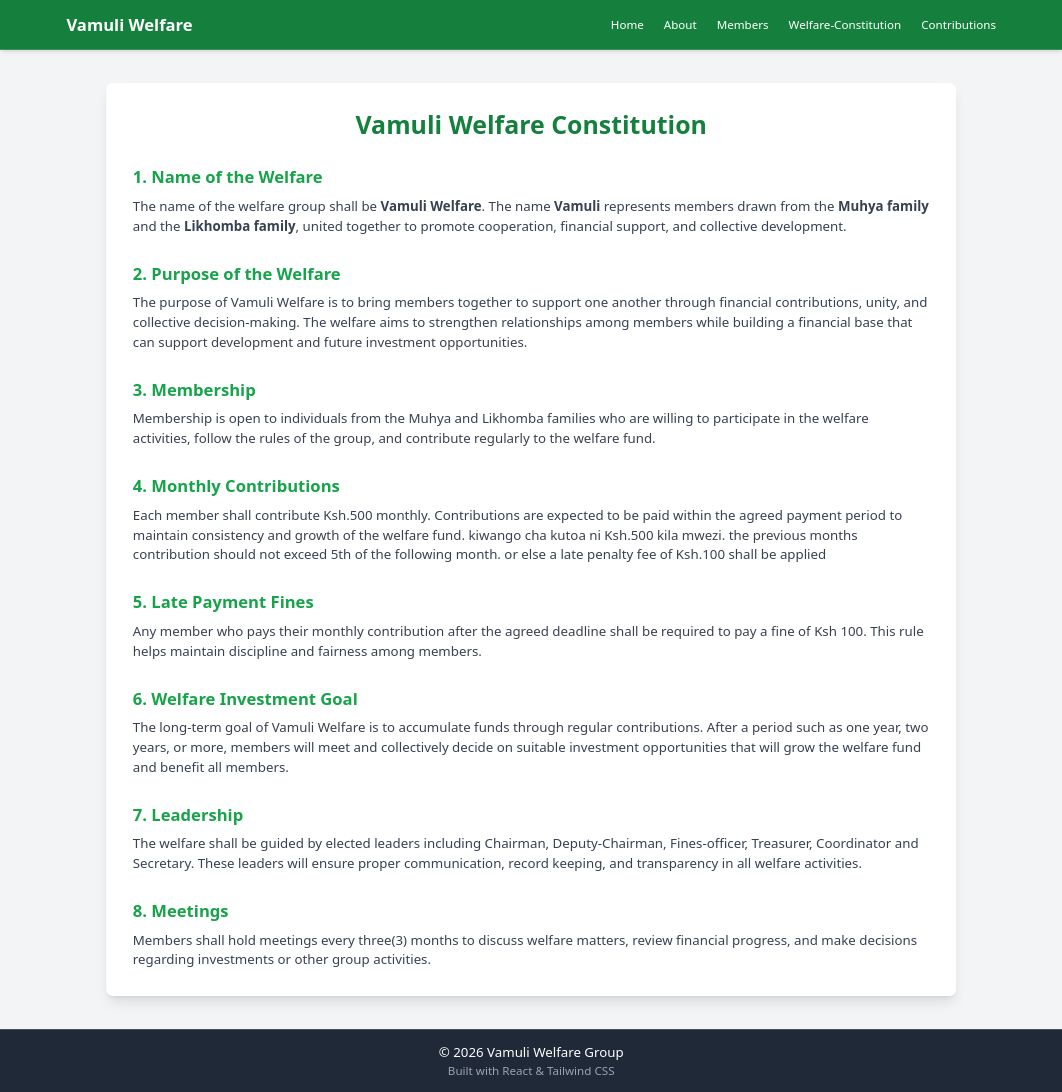
Repository: Engineer-collo/Vamuli-welfare
Page: /constitution
These files come from the project's save history. The page is drawn as it stood at one moment and after a run of saves; the edit follows.
The browser window is 1280 px wide. The pictures show the whole page, at 83% of full size.
The project was rebuilt for these pictures with package versions that can differ from the ones it lists, and the page was loaded fresh each time. Also part of the build but not shown: vite.config.js, src/pages/contributionsData.js, src/pages/Home.jsx, src/pages/Members.jsx, src/pages/ContributionsTable.jsx, src/pages/About.jsx.

Above is the page before, as saved 2026-03-16 15:29:03.

### index.html
<!doctype html>
<html lang="en">
  <head>
    <meta charset="UTF-8" />
    <link rel="icon" type="image/svg+xml" href="/favicon.svg" />
    <meta name="viewport" content="width=device-width, initial-scale=1.0" />
    <title>vamuli-welfare</title>
  </head>
  <body>
    <div id="root"></div>
    <script type="module" src="/src/main.jsx"></script>
  </body>
</html>

### src/App.jsx
import { BrowserRouter as Router, Routes, Route } from "react-router-dom";

import Navbar from "./components/Navbar";
import Footer from "./components/Footer";

import Home from "./pages/Home";
import Members from "./pages/Members";
import ContributionsTable from "./pages/ContributionsTable";
import WelfareConstituion from "./pages/WelfareConstituion";
import About from "./pages/About";

function App() {
  return (
    <Router>
      <div className="bg-gray-100 min-h-screen">

        <Navbar />

        <Routes>
          <Route path="/" element={<Home />} />
          <Route path="/members" element={<Members />} />
          <Route path="/contributions" element={<ContributionsTable />} />
          <Route path="/about" element={<About />} />
          <Route path="/constitution" element={<WelfareConstituion/>} />

        </Routes>

        <Footer />

      </div>
    </Router>
  );
}

export default App;

### src/components/Navbar.jsx
import { Link } from "react-router-dom";

function Navbar() {
  return (
    <nav className="bg-green-700 text-white shadow-md">
      <div className="max-w-6xl mx-auto flex justify-between items-center p-4">

        <h1 className="text-xl font-bold">
          <Link to="/">Vamuli Welfare</Link>
        </h1>

        <ul className="flex gap-6 text-sm">
          <li>
            <Link to="/" className="hover:text-gray-200">Home</Link>
          </li>

          <li>
            <Link to="/about" className="hover:text-gray-200">About</Link>
          </li>

          <li>
            <Link to="/members" className="hover:text-gray-200">Members</Link>
          </li>

          <li>
            <Link to="/constitution" className="hover:text-gray-200">Welfare-Constitution</Link>
          </li>


          <li>
            <Link to="/contributions" className="hover:text-gray-200">Contributions</Link>
          </li>



        </ul>

      </div>
    </nav>
  );
}

export default Navbar;

### src/components/Footer.jsx
import React from "react";

function Footer() {
  return (
    <footer className="bg-gray-800 text-white mt-10">
      <div className="max-w-6xl mx-auto text-center p-4">
        <p>© 2026 Vamuli Welfare Group</p>
        <p className="text-sm text-gray-400">
          Built with React & Tailwind CSS
        </p>
      </div>
    </footer>
  );
}

export default Footer;

### src/pages/WelfareConstituion.jsx
import React from "react";

function Constitution() {
  return (
    <div className="max-w-5xl mx-auto mt-10 bg-white shadow-lg rounded-lg p-8">

      <h1 className="text-3xl font-bold text-center text-green-700 mb-8">
        Vamuli Welfare Constitution
      </h1>

      {/* Introduction */}

      <section className="mb-8">
        <h2 className="text-xl font-semibold text-green-600 mb-2">
          1. Name of the Welfare
        </h2>

        <p className="text-gray-700">
          The name of the welfare group shall be <strong>Vamuli Welfare</strong>.
          The name <strong>Vamuli</strong> represents members drawn from the
          <strong> Muhya family </strong> and the <strong>Likhomba family</strong>,
          united together to promote cooperation, financial support, and
          collective development.
        </p>
      </section>

      {/* Purpose */}

      <section className="mb-8">
        <h2 className="text-xl font-semibold text-green-600 mb-2">
          2. Purpose of the Welfare
        </h2>

        <p className="text-gray-700">
          The purpose of Vamuli Welfare is to bring members together to support
          one another through financial contributions, unity, and collective
          decision-making. The welfare aims to strengthen relationships among
          members while building a financial base that can support development
          and future investment opportunities.
        </p>
      </section>

      {/* Membership */}

      <section className="mb-8">
        <h2 className="text-xl font-semibold text-green-600 mb-2">
          3. Membership
        </h2>

        <p className="text-gray-700">
          Membership is open to individuals from the Muhya and Likhomba
          families who are willing to participate in the welfare activities,
          follow the rules of the group, and contribute regularly to the
          welfare fund.
        </p>
      </section>

      {/* Contributions */}

      <section className="mb-8">
        <h2 className="text-xl font-semibold text-green-600 mb-2">
          4. Monthly Contributions
        </h2>

        <p className="text-gray-700">
          Each member shall contribute Ksh.500 monthly.
          Contributions are expected to be paid within the agreed payment
          period to maintain consistency and growth of the welfare fund.

          kiwango cha kutoa ni Ksh.500 kila mwezi. the previous months contribution should not exceed 5th of the following month. or else a late penalty fee
           of Ksh.100 shall be applied
        </p>
      </section>

      {/* Fines */}

      <section className="mb-8">
        <h2 className="text-xl font-semibold text-green-600 mb-2">
          5. Late Payment Fines
        </h2>

        <p className="text-gray-700">
          Any member who pays their monthly contribution after the agreed
          deadline shall be required to pay a fine of Ksh 100. This rule helps
          maintain discipline and fairness among members.
        </p>
      </section>

      {/* Investment */}

      <section className="mb-8">
        <h2 className="text-xl font-semibold text-green-600 mb-2">
          6. Welfare Investment Goal
        </h2>

        <p className="text-gray-700">
          The long-term goal of Vamuli Welfare is to accumulate funds through
          regular contributions. After a period such as one year, two years, or
          more, members will meet and collectively decide on suitable
          investment opportunities that will grow the welfare fund and benefit
          all members.
        </p>
      </section>

      {/* Leadership */}

      <section className="mb-8">
        <h2 className="text-xl font-semibold text-green-600 mb-2">
          7. Leadership
        </h2>

        <p className="text-gray-700">
          The welfare shall be guided by elected leaders including Chairman, Deputy-Chairman, Fines-officer, Treasurer,
          Coordinator and  Secretary. These leaders will ensure proper
          communication, record keeping, and transparency in all welfare
          activities.
        </p>
      </section>

      {/* Meetings */}

      <section>
        <h2 className="text-xl font-semibold text-green-600 mb-2">
          8. Meetings
        </h2>

        <p className="text-gray-700">
          Members shall hold meetings every three(3) months to discuss welfare
          matters, review financial progress, and make decisions regarding
          investments or other group activities.
        </p>
      </section>

    </div>
  );
}

export default Constitution;

### tailwind.config.js
/** @type {import('tailwindcss').Config} */
module.exports = {
  content: [
    "./index.html",
    "./src/**/*.{js,jsx}"
  ],
  theme: {
    extend: {},
  },
  plugins: [],
};

Loaded but not shown: src/main.jsx (common file); src/index.css (common file)

After the next 4 saves:
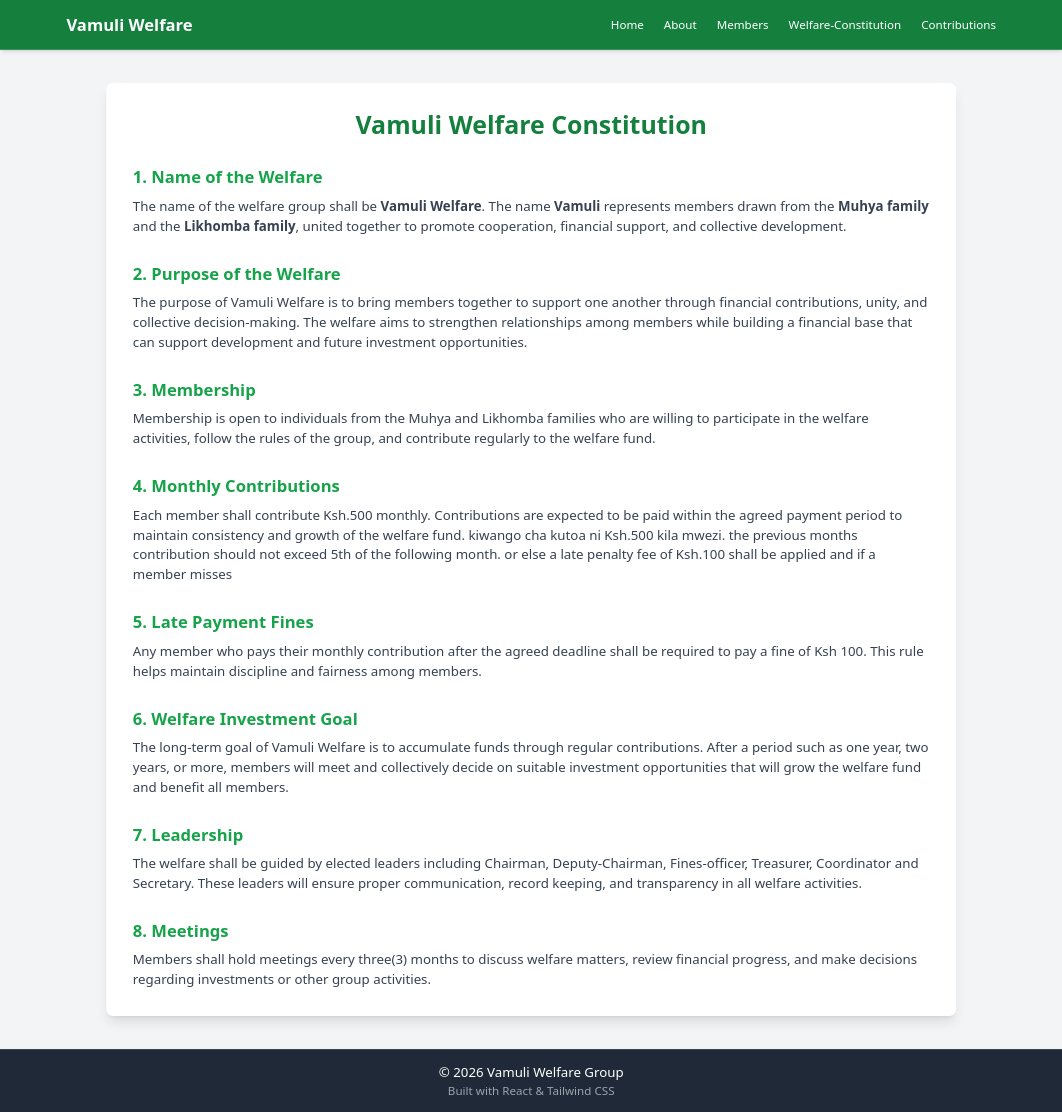
The 4 saves are shown as one change because they came seconds apart.
The last was saved 31 s later.
--- a/src/pages/WelfareConstituion.jsx
+++ b/src/pages/WelfareConstituion.jsx
@@ -68,7 +68,7 @@ function Constitution() {
           period to maintain consistency and growth of the welfare fund.
 
           kiwango cha kutoa ni Ksh.500 kila mwezi. the previous months contribution should not exceed 5th of the following month. or else a late penalty fee
-           of Ksh.100 shall be applied
+           of Ksh.100 shall be applied and if a member misses
         </p>
       </section>
 
